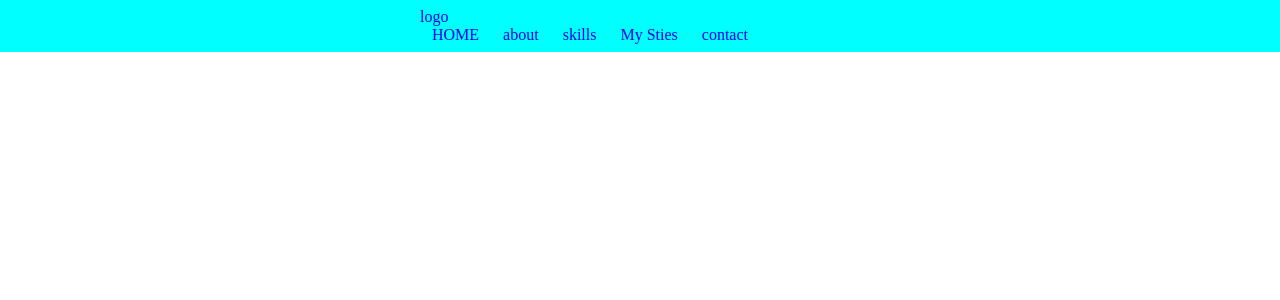
Repository: jun01270/jun
Page: index.html
The author's editor kept a copy of each file at every save. The page is drawn from the files as they stood at one save, then again after the next save.
The browser window is 1280 px wide. The pictures show the whole page.

Above is the page before, as saved 2023-05-08 15:31:20.

### index.html
<!DOCTYPE html>
<html lang="en">
<head>
    <meta charset="UTF-8">
    <meta http-equiv="X-UA-Compatible" content="IE=edge">
    <meta name="viewport" content="width=device-width, initial-scale=1.0">
    <link rel="stylesheet" type="text/css" href="main.css">
    <title>Document</title>
</head>
<body>
    <nav class="navbar">
        <div class="max-width">
            <div class="logo"><a href="#home">logo</a></div>
            <ul class="menu-bar">
                <li><a href="#home" class="menu-btn" id="homeID">HOME</a></li>
                <li><a href="#about" class="menu-btn" id="homeID">about</a></li>
                <li><a href="#skills" class="menu-btn">skills</a></li>
                <li><a href="#my-sites" class="menu-btn">My Sties</a></li>
                <li><a href="#contact" class="menu-btn">contact</a></li>
            </ul>
        </div>
    </nav>
</body>
</html>

### main.css
*{
    margin: 0;
    padding: 0;
    box-sizing: border-box;
    text-decoration: none;
}

.home .about .skills .my-sites .contact{
    padding-top: 86px;
}

html{
    scroll-behavior: smooth;
}

.max-width{
    max-width: 1300px;
    padding: 0 20px;
    margin: auto;
}

.navbar{
    display: flex;
    justify-content: space-between;
    align-items: center;
    background-color: aqua;
    padding: 8px 12px;
}

.menu-bar{
    display: flex;
    list-style: none;
    padding-right:100px;
}

.menu-btn{
    text-decoration: none;
    padding:12px;
}

After the next save:
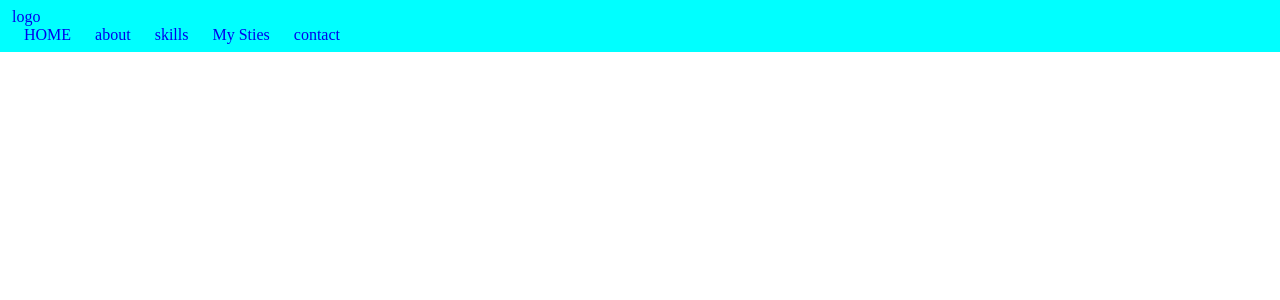
Saved 9 s later.
--- a/main.css
+++ b/main.css
@@ -13,11 +13,7 @@
     scroll-behavior: smooth;
 }
 
-.max-width{
-    max-width: 1300px;
-    padding: 0 20px;
-    margin: auto;
-}
+
 
 .navbar{
     display: flex;

After the save that followed:
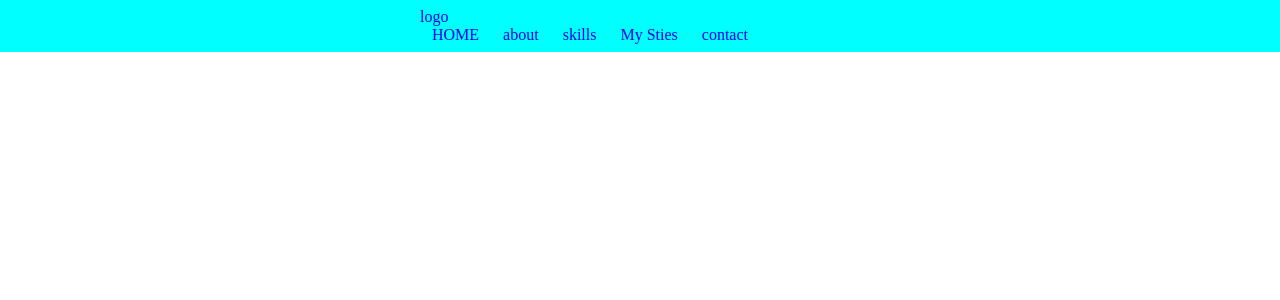
Saved 6 s later.
--- a/main.css
+++ b/main.css
@@ -13,7 +13,11 @@
     scroll-behavior: smooth;
 }
 
-
+.max-width{
+    max-width: 1300px;
+    padding: 0 20px;
+    margin: auto;
+}
 
 .navbar{
     display: flex;
